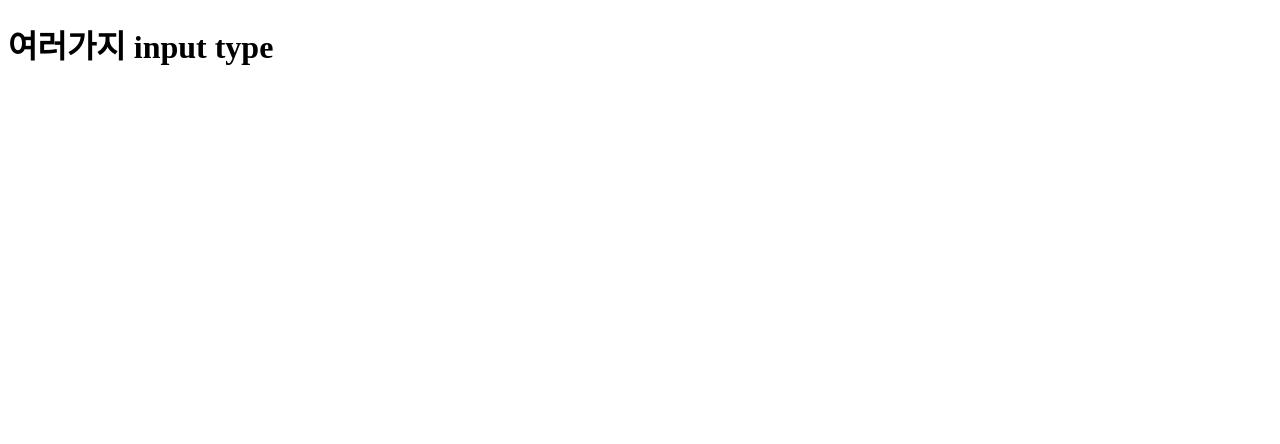
Repository: XenosJM/WEB_CODES
Page: Web01_HTML/src/main/webapp/09_input_type01.html
The author's editor kept a copy of each file at every save. The page is drawn from the files as they stood at one save, then again after the next save.
The browser window is 1280 px wide. The pictures show the whole page.

Above is the page before, as saved 2024-03-19 05:45:18.

### Web01_HTML/src/main/webapp/09_input_type01.html
<!DOCTYPE html>
<html>
<head>
<meta charset="UTF-8">
<title>HTML input</title>
</head>
<body>
	<h1>여러가지 input type</h1>
	<!-- form에서 method를 지정하지 않으면 get 방식이 default -->
</body>
</html>

After the next save:
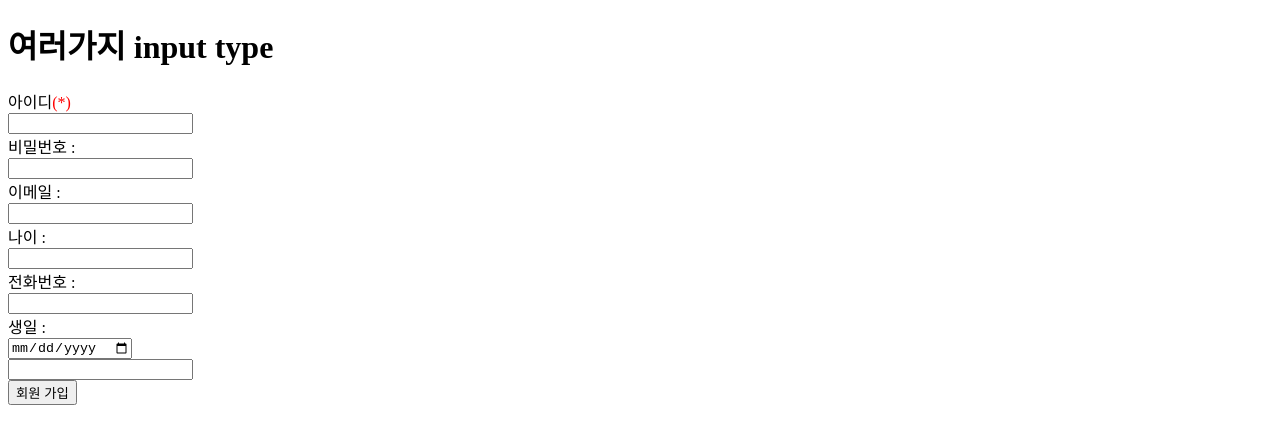
Saved 15 min 39 s later.
--- a/Web01_HTML/src/main/webapp/09_input_type01.html
+++ b/Web01_HTML/src/main/webapp/09_input_type01.html
@@ -5,7 +5,26 @@
 <title>HTML input</title>
 </head>
 <body>
-	<h1>여러가지 input type</h1>
-	<!-- form에서 method를 지정하지 않으면 get 방식이 default -->
+<h1>여러가지 input type</h1>
+<!-- form에서 method를 지정하지 않으면 get 방식이 default -->
+<form action="result.html">
+	아이디<span style="color: red;">(*)</span><br>
+	<input type="text" name="userid" required><br>
+	비밀번호 : <br>
+	<input type="password" name="password" required><br>
+	이메일 : <br>
+	<input type="email" name="email"><br>
+	나이 : <br>
+	<input type="number" name="age"><br>
+	전화번호 : <br>
+	<input type="tel" name="tel"><br>
+	생일 : <br>
+	<input type="date" name="date"><br>
+	<input type="datetime" name="datetime"><br>
+
+	<input type="submit" value="회원 가입">
+
+</form>
+
 </body>
 </html>
